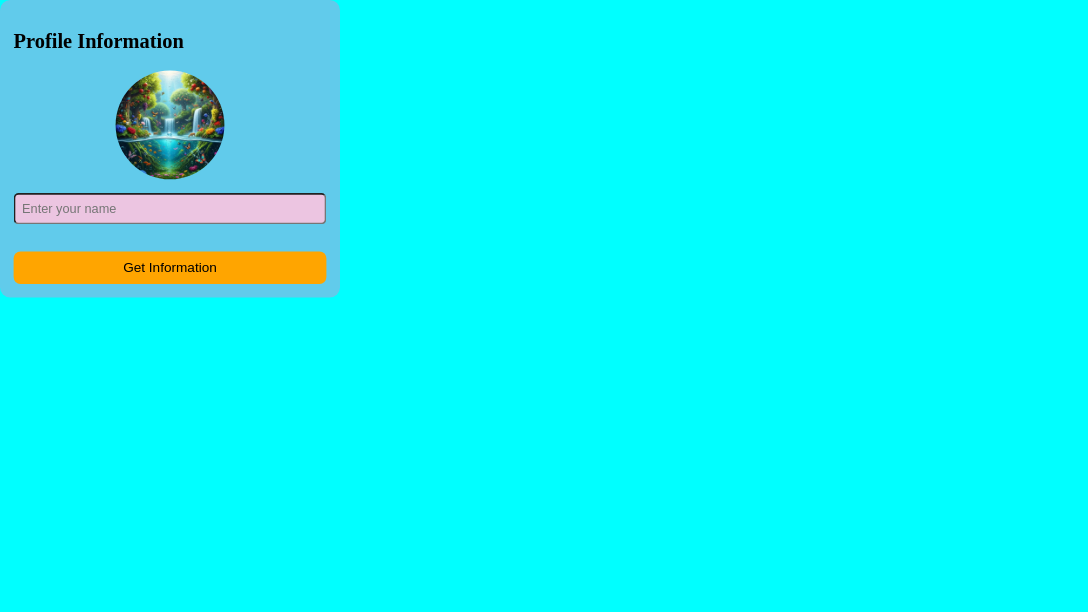
Repository: Amani-Kibet/express-app-web
Page: pages/contents/profile.html
An editor plug-in stored every save of this project. The page is shown before and after the next save, followed by the edit.
The browser window is 1280 px wide. The pictures show the whole page, at 85% of full size.

Above is the page before, as saved 2025-09-28 16:46:12.

After the next save:
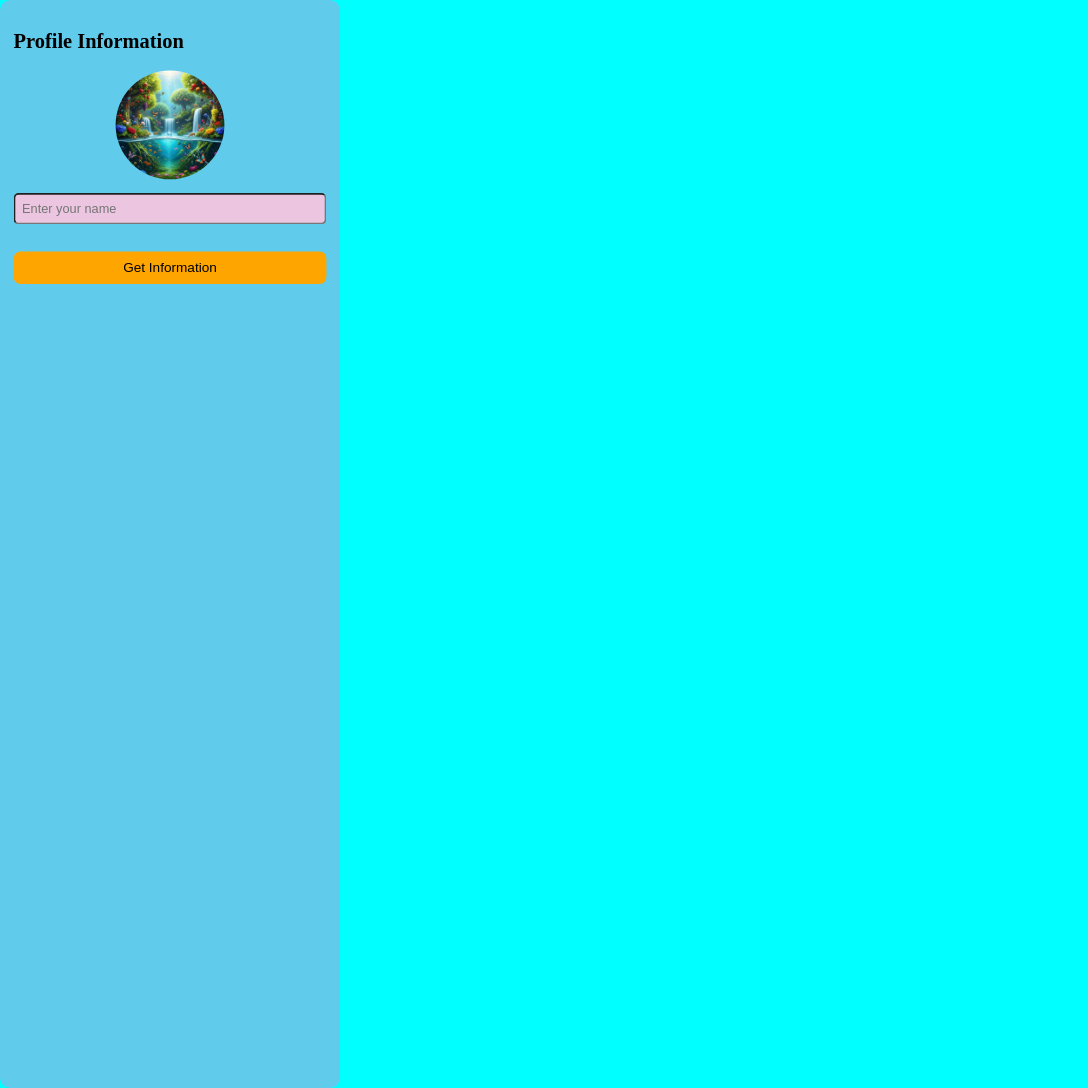
Saved 63 s later.
--- a/pages/contents/profile.html
+++ b/pages/contents/profile.html
@@ -11,9 +11,9 @@
         }
         #container{
             background-color: rgb(97, 203, 235);
-            height: auto; /* allow content to expand */
-            width: 90%;   /* responsive width */
-            max-width: 400px; /* don’t grow too big */
+            height: 100vw;
+            width: 100vw;
+            max-width: 400px;
             padding: 1rem;
             border-radius: 12px;
             box-sizing: border-box;

After the save that followed:
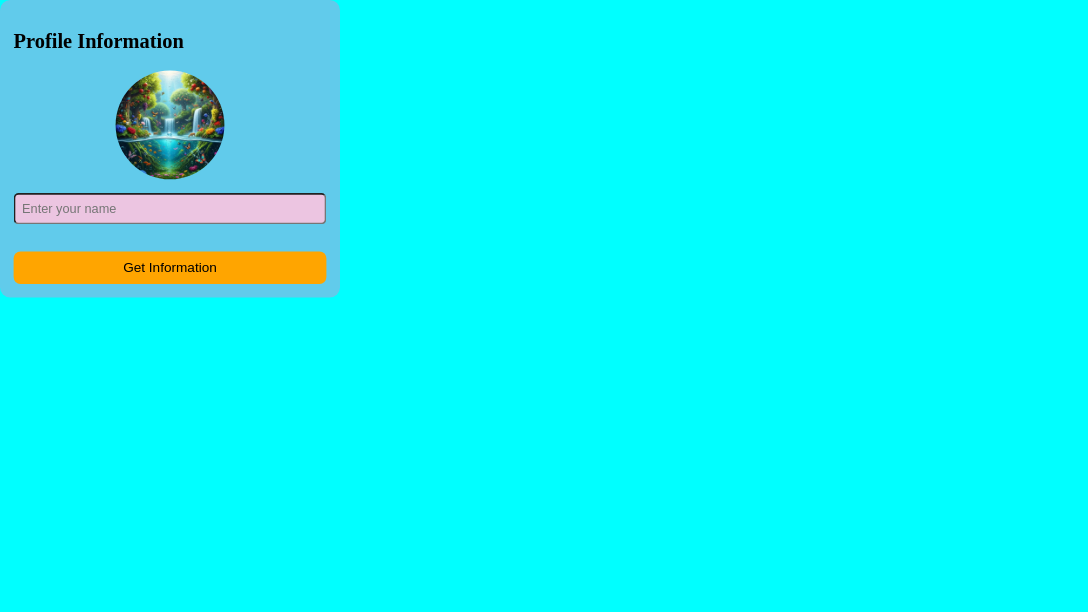
Saved 99 s later.
--- a/pages/contents/profile.html
+++ b/pages/contents/profile.html
@@ -11,7 +11,7 @@
         }
         #container{
             background-color: rgb(97, 203, 235);
-            height: 100vw;
+            height: auto;
             width: 100vw;
             max-width: 400px;
             padding: 1rem;
